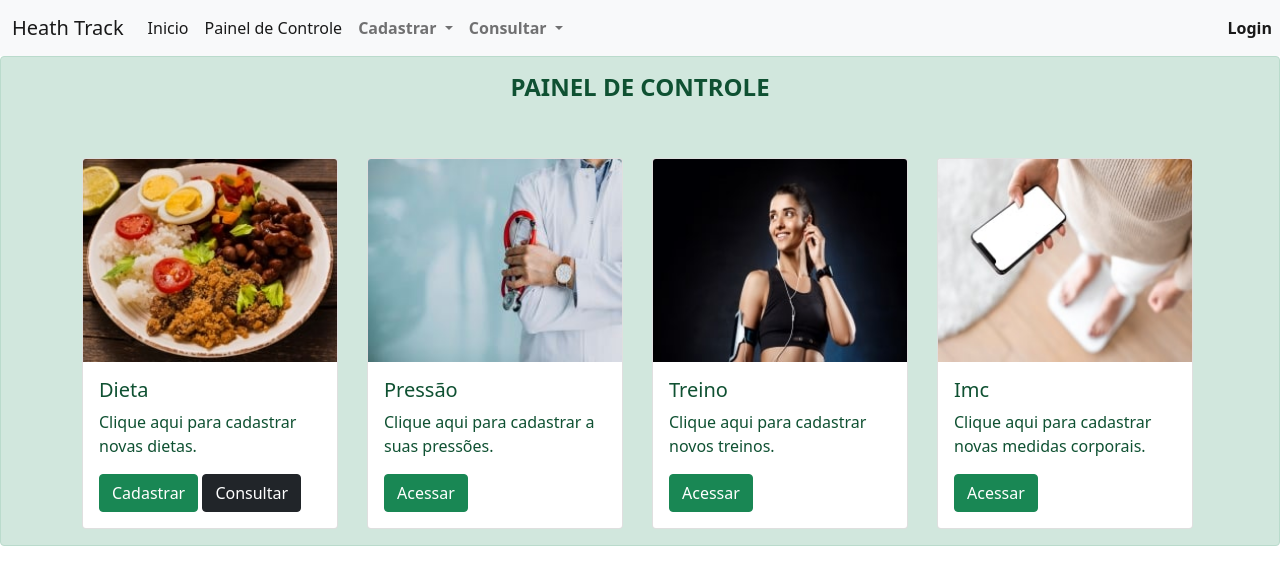
Repository: FellipySantos/HealthTrack_Finalizado
Page: http://localhost/JSPs/painel.jsp
The author's editor kept a copy of each file at every save. The page is drawn from the files as they stood at one save, then again after the next save.
The browser window is 1280 px wide. The pictures show the whole page.
The page is served by Tomcat 9.

Above is the page before, as saved 2021-11-16 03:57:44.

After the next save:
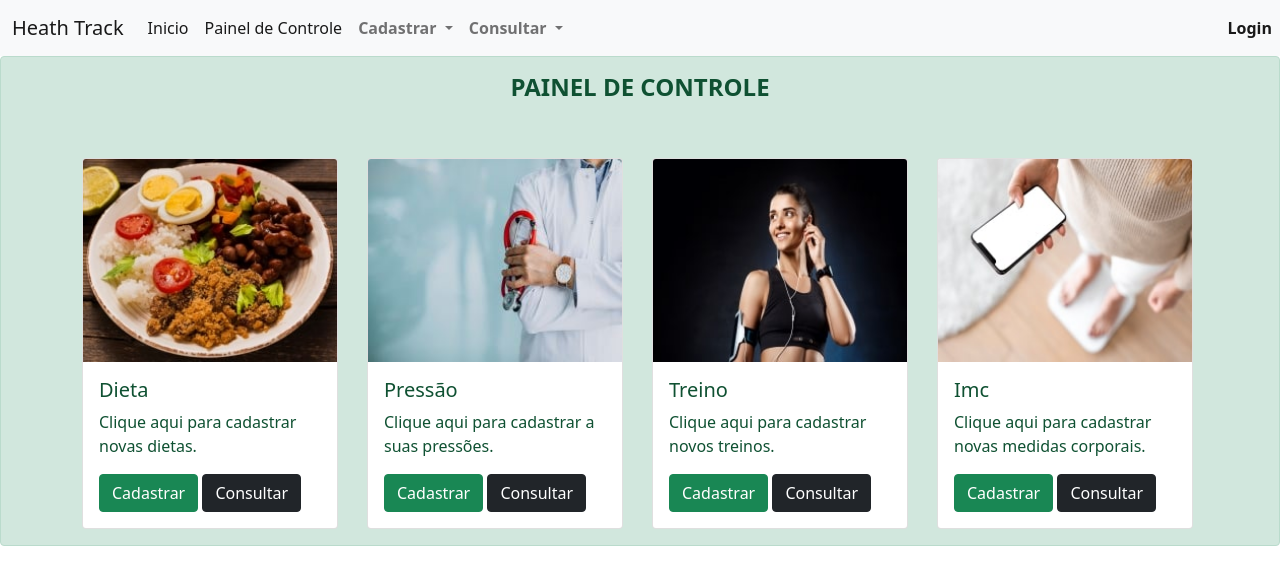
Saved 63 s later.
--- a/JSP/JSPs/WebContent/painel.jsp
+++ b/JSP/JSPs/WebContent/painel.jsp
@@ -34,7 +34,8 @@
               <div class="card-body">
                 <h5 class="card-title">Pressão</h5>
                 <p class="card-text">Clique aqui para cadastrar a suas pressões.</p>
-                <a href="cadastro-pressao.jsp" class="btn btn-success">Acessar</a>
+                <a href="cadastro-pressao.jsp" class="btn btn-success">Cadastrar</a>
+                <a href="pressao?acao=listar.jsp" class="btn btn-dark">Consultar</a>
               </div>
             </div>
 
@@ -47,7 +48,8 @@
               <div class="card-body">
                 <h5 class="card-title">Treino</h5>
                 <p class="card-text">Clique aqui para cadastrar novos treinos.</p>
-                <a href="cadastro-treino.jsp" class="btn btn-success">Acessar</a>
+                <a href="cadastro-treino.jsp" class="btn btn-success">Cadastrar</a>
+                <a href="treino?acao=listar.jsp" class="btn btn-dark">Consultar</a>
               </div>
             </div>
 
@@ -60,7 +62,8 @@
               <div class="card-body">
                 <h5 class="card-title">Imc</h5>
                 <p class="card-text">Clique aqui para cadastrar novas medidas corporais.</p>
-                <a href="cadastro-imc.jsp" class="btn btn-success">Acessar</a>
+                <a href="cadastro-imc.jsp" class="btn btn-success">Cadastrar</a>
+                <a href="imc?acao=listar.jsp" class="btn btn-dark">Consultar</a>
               </div>
             </div>
 
